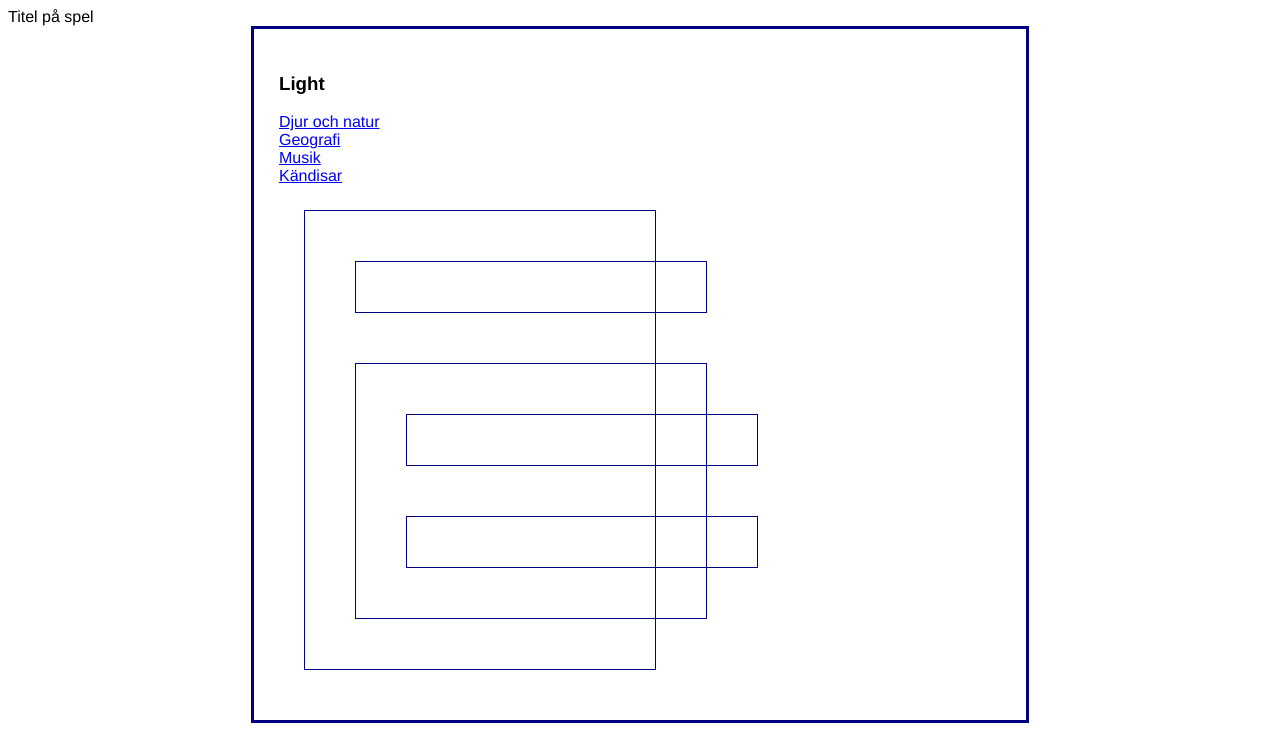
Repository: ed222gg/project2
Page: pages/start.html
The author's editor kept a record of every edit. The page is drawn from the files as they stood at one moment, then again after the next edit.
The browser window is 1280 px wide. The pictures show the whole page.

Above is the page before.
Console error: TypeError: Cannot read properties of null (reading 'addEventListener')

### pages/start.html
<!DOCTYPE html>
<html>

<head>
    <meta charset="utf-8" />
    <title>Index</title>
    <link rel="stylesheet" type="text/css" href="../css/style.css" />
</head>

<body>
    <header>Titel på spel</header>
    <main>

         <section id="content" class="clearfix">
        <section class="light-buttons">
          <div class="right">
            <h1 class="dark-header">Light</h1>
            <a href="#" class="button lightbg-blue clearfix">
              <span>Djur och natur</span>
              <div class="icon">
                <div class="arrow"></div>
              </div>
            </a>
            <a href="#" class="button lightbg-pink clearfix">
              <span>Geografi</span>
              <div class="icon">
                <div class="arrow"></div>
              </div>
            </a>
            <a href="#" class="button lightbg-orange clearfix">
              <span>Musik</span>
              <div class="icon">
                <div class="arrow"></div>
              </div>
            </a>
            <a href="#" class="button lightbg-green clearfix">
              <span>Kändisar</span>
              <div class="icon">
                <div class="arrow"></div>
              </div>
            </a>
          </div>
        </section>
       <!-- <div id="container">
            <div id="help">?</div>
            <div id="CategoryTitle"><p>Kategori</div>
            <div id="categories">


                    <ul class="classmenu"><nav>
                        <div id="li0"><li class="anim"> <a href="#" class="button lightbg-blue clearfix">Djur och natur</li></div>
                        <div id="li1"><li class="anim"><a href="#" id="01">Geografi</a></li></div>
                        <div id="li2"><li class="anim"><a href="#" id="01">Musik</a></li></div>
                        <div id="li3"><li class="anim"><a href="#" id="01">Kändisar</a></li></div>
                        <div id="li4"><li class="anim"><a href="#" id="01">Arkitektur</a></li></div>

                    </ul>
               </nav>
             -->


            </div>
        </div>
        <!-- <template id="tamplate"> -->
        <div id="gameLayout">
            <div id="topLayout"></div>
            <div id="bottomLayout">
                <div id="bottomLeft"></div>
            <div id="bottomRight"></div>
        </div>
        </div>
        <!-- </template> -->

    </main>
    <script src="../script/Game.js" type="text/javascript"></script>
</body>

</html>

<!-- main funktionen
   var template = document.querySelector('#template');
   var gameLayout = template.content.querySelector('#gameLayout').cloneNode(true);

   // om du vill hämta element i main funktionen
   gameLayout.questionP = gameLayout.querySelector('#question');
   gameLayout.questionP.innerHTML ='vem van vm 2011';

   // lägger ut allt
   container.appendChild(gameLayout);
   <--

### css/style.css
body{
    background:#fff;
}

main{
    /* float: right; */
  overflow: auto;
  margin: auto;
  width: 722px;
  padding: 25px;
  border: 3px solid navy;
  background-color:#ffffff;
}
header{}
input{

    margin: 20px;}

#template{ }
#gameLayout{
    float:left;
    width: 300px;
    padding: 25px;
    border: 1px solid navy;
    margin: 25px;}
#topLayout{
      float:left;
      width: 300px;
    padding: 25px;
    border: 1px solid navy;
    margin: 25px;}
#bottomLayout{   float:left;width: 300px;
    padding: 25px;
    border: 1px solid navy;
    margin: 25px;}
#bottomLeft{  float:left; width: 300px;
    padding: 25px;
    border: 1px solid navy;
    margin: 25px;}
#bottomRight{   float:left;width: 300px;
    padding: 25px;
    border: 1px solid navy;
    margin: 25px;}



#categories{  float:left;
    margin: 0px;
    padding: 0px;
    list-style-type: none;
}


#container{    overflow: auto;
  /* float: left; */
  width: 567px;
  padding: -29px;
 /* border: 8px solid navy;*/
  margin: auto;
}


#CategoryTitle{


}


 ul{


 }
 li{  /* width: 51px; */

  /* font-family: serif; */
  list-style-type: none;
  /* width: 200px; */

 }

/*li:hover {*/
/*  cursor:pointer;*/

/* }*/

/*#li0{*/
/*background-color:#5F8FCB;*/
/*border-bottom-style: solid;  */

/*}*/
/*#li1{*/
/*background-color:#BF3626;*/
/*border-bottom-style: solid;    */
/*}*/

/*#li2{*/
/*background-color:#94B03C;*/
/*border-bottom-style: solid;    */
/*}*/

/*#li3{*/
/*background-color:#E87228;*/
/*border-bottom-style: solid;    */
/*}*/
/*#li4{*/
/*background-color:#9653C1;*/
/*  border-bottom-left-radius: 18px;*/
/*  border-bottom-right-radius:18px;*/

/*}*/

/*a{*/


/*}*/


/*#CategoryTitle*/
/*{background-color:#D5D844}*/

.dark-buttons {
float: left;
padding-left: 10%;
width: 40%;
}
Inherited from body
index.html
body {
font-family: "anivers", "helvetica", "Arial", "Helvetica", sans-serif;
}

.left {
float: left;
}
default values
div {
display: block;
}
Inherited from body
index.html
body {
font-family: "anivers", "helvetica", "Arial", "Helvetica", sans-serif;
}

.light-header {
color: #f0f0f0;
font-size: 32px;
font-weight: 700;
line-height: 1em;
margin-bottom: 20px;
text-shadow: 1px 1px 0px;
}
default values
h1 {
display: block;
font-size: 2em;
font-weight: 700;
margin-bottom: 0.67em;
margin-top: 0.67em;
}
Inherited from body
index.html
body {
font-family: "anivers", "helvetica", "Arial", "Helvetica", sans-serif;
}


index.html
.button {
border-bottom-left-radius: 6px;
border-bottom-right-radius: 6px;
border-top-left-radius: 6px;
border-top-right-radius: 6px;
cursor: pointer;
display: block;
font-size: 18px;
font-weight: 700;
margin-bottom: 20px;
padding-bottom: 0.48em;
padding-left: 0.8em;
padding-right: 0.8em;
padding-top: 0.48em;
text-decoration: none;
text-shadow: 0px -1px 0px;
width: 9.5em;
}
index.html
.darkbg-blue {
background-color: #64a8a6;
box-shadow: 0px 0px 0px 1px inset, 0px 4px 0px 0px, 0px 5px 0px 0px, 0px 8px 0px 0px;
color: #dafffe;
}
default values
a {
color: #0000cc;
text-decoration: underline;
}

body {
font-family: "anivers", "helvetica", "Arial", "Helvetica", sans-serif;
}

### script/Game.js
"use strict"; //objekt.metod/egenskap(argument)

var Game= {




    correct: 0,
    questionsArray: [],

     gameOn: {
        animal: {
            question: 'Vem väger mest?',

            answer: [ {
                bild1: 'frg',
                bild2: 'dfg',
                r: ''
            },
            {   bild1: '',
                bild2: '',
                r: ''

            },
            {   bild1: '',
                bild2: '',
                r: ''
            },
            {   bild1: '',
                bild2: '',
                r: ''

            },
            {   bild1: '',
                bild2: '',
                r: ''

            },
            {   bild1: '',
                bild2: '',
                r: ''

            }]
        },

        geo:{
            question: 'Vad ligger mest söder ut?',

            answer: [ {
                bild1: '',
                bild2: '',
                r: ''
            },
            {   bild1: '',
                bild2: '',
                r: ''

            },
            {   bild1: '',
                bild2: '',
                r: ''
            },
            {   bild1: '',
                bild2: '',
                r: ''

            },
            {   bild1: '',
                bild2: '',
                r: ''

            },
            {   bild1: '',
                bild2: '',
                r: ''

            }]
        },

        music:{
            question: 'Vilken artist/grupp bildades först?',

            answer: [ {
                bild1: '',
                bild2: '',
                r: ''
            },
            {   bild1: '',
                bild2: '',
                r: ''

            },
            {   bild1: '',
                bild2: '',
                r: ''
            },
            {   bild1: '',
                bild2: '',
                r: ''

            },
            {   bild1: '',
                bild2: '',
                r: ''

            },
            {   bild1: '',
                bild2: '',
                r: ''

            }]
        },

         celeb:{
            question: 'Vilken artist/grupp bildades först?',

            answer: [ {
                bild1: '',
                bild2: '',
                r: ''
            },
            {   bild1: '',
                bild2: '',
                r: ''

            },
            {   bild1: '',
                bild2: '',
                r: ''
            },
            {   bild1: '',
                bild2: '',
                r: ''

            },
            {   bild1: '',
                bild2: '',
                r: ''

            },
            {   bild1: '',
                bild2: '',
                r: ''

            }]
        },

     },


    init: function() {

      var animalBtn = document.getElementById("li0");
      animalBtn.addEventListener("click", function() {
          	document.getElementById("categories").innerHTML = "";
          	document.getElementById("CategoryTitle").innerHTML = "Vem väger mest?";
          	Game.ran('animal');

      });

      var GeoBtn = document.getElementById("li1");
       GeoBtn.addEventListener("click", function() {
           document.getElementById("categories").innerHTML = "";
          	document.getElementById("CategoryTitle").innerHTML = "Vad ligger mest söder ut?";
          Game.ran('geo');

      });

      var MusicBtn = document.getElementById("li2");
      MusicBtn.addEventListener("click", function() {
          document.getElementById("categories").innerHTML = "";
          	document.getElementById("CategoryTitle").innerHTML = "Vilken artist/grupp bildades först?";
          Game.ran('music');

      });

       var CelebBtn = document.getElementById("li1");
      CelebBtn.addEventListener("click", function() {
           document.getElementById("categories").innerHTML = "";
          	document.getElementById("CategoryTitle").innerHTML = "vem är äldst?";
          Game.ran('celeb');

      });

       var MovieTvBtn = document.getElementById("li1");
      MovieTvBtn.addEventListener("click", function() {


      });




    },

    ran: function(catName) {
        //Game.gameOn.catName.rubrik // rubriken
        //Game.gameOn.catName.question.length // gör en random funktion med längden av denna
        var random = Math.floor((Math.random() * Game.gameOn[catName].answer.length) +1);


        Game.gameOn[catName].answer[random]; // x = svaret random ger
        console.log(random);



    }

};
//När sidan har laddads in så anropas init.
window.onload = Game.init;


 /* // main funktionen
   var template = document.querySelector('#template');
   var gameLayout = template.content.querySelector('#gameLayout').cloneNode(true);

   // om du vill hämta element i main funktionen
   gameLayout.questionP = gameLayout.querySelector('#question');
   gameLayout.questionP.innerHTML ='vem van vm 2011';

   // lägger ut allt
   container.appendChild(gameLayout);*/

After the next edit:
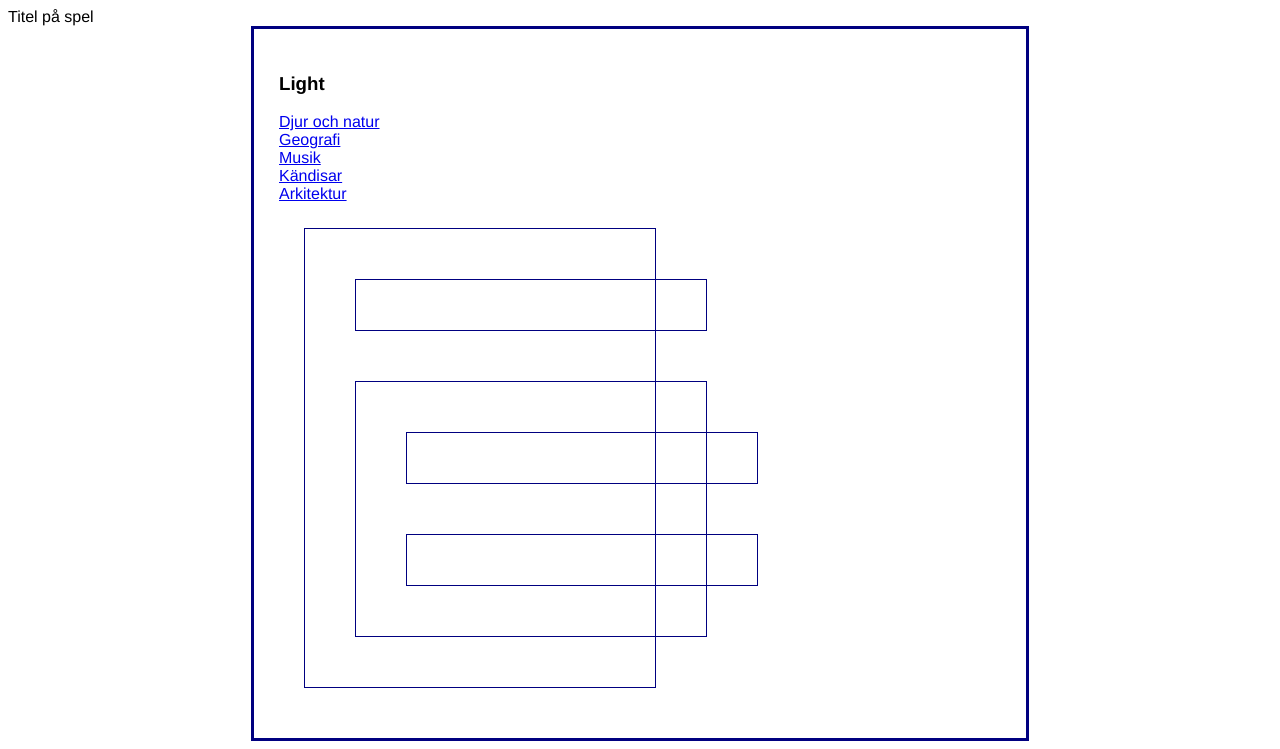
The edit:
--- a/pages/start.html
+++ b/pages/start.html
@@ -35,6 +35,13 @@
             </a>
             <a href="#" class="button lightbg-green clearfix">
               <span>Kändisar</span>
+              <div class="icon">
+                <div class="arrow"></div>
+              </div>
+            </a>
+          </div>
+            <a href="#" class="button lightbg-green clearfix">
+              <span>Arkitektur</span>
               <div class="icon">
                 <div class="arrow"></div>
               </div>
